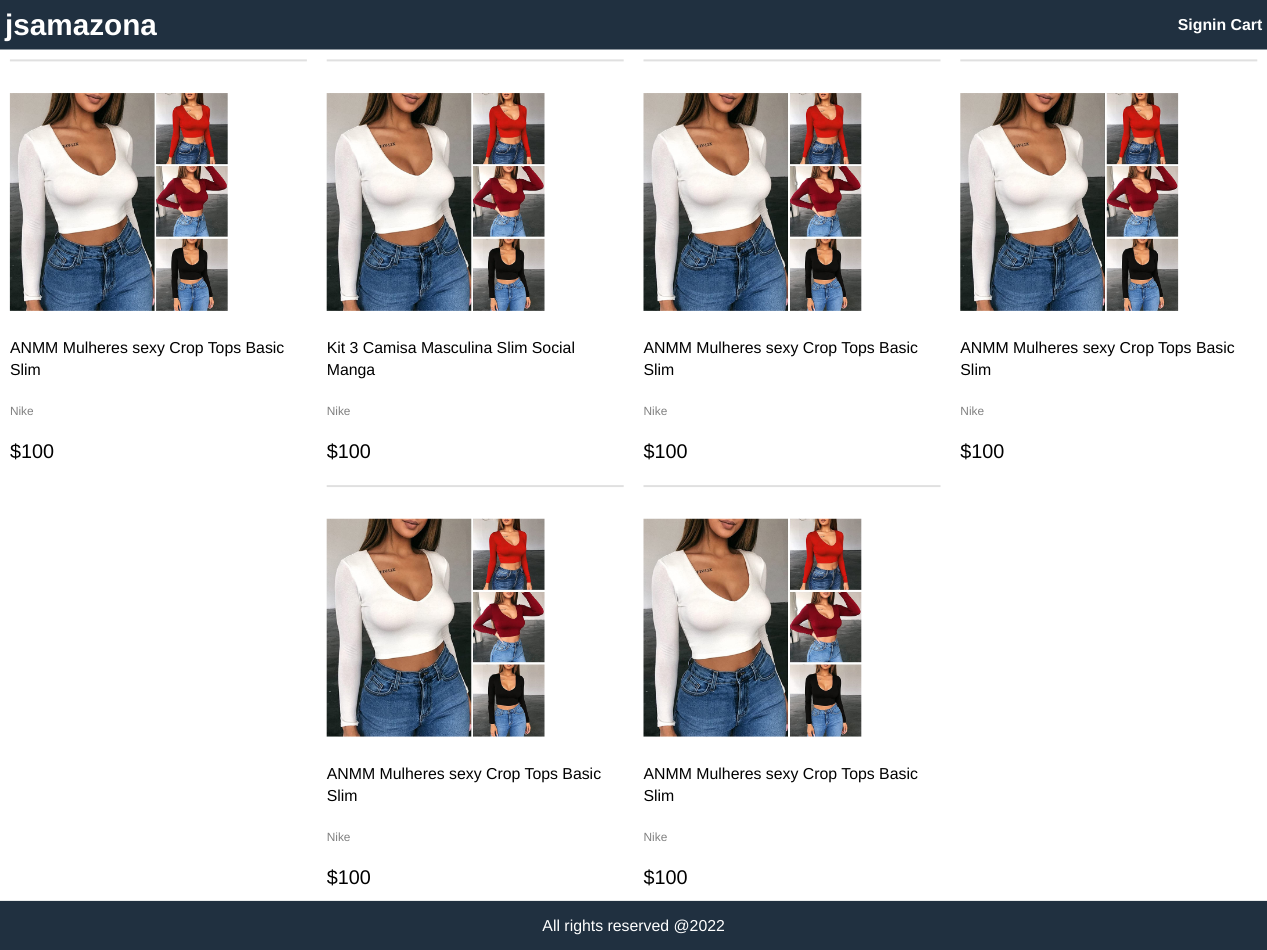
Repository: Mardoqueu/ecommerce-website
Page: jsamazona/frontend/src/index.html
An editor plug-in stored every save of this project. The page is shown before and after the next save, followed by the edit.
The browser window is 1280 px wide. The pictures show the whole page, at 99% of full size.

Above is the page before, as saved 2022-09-12 10:31:03.

### jsamazona/frontend/src/index.html
<!DOCTYPE html>
<html lang="en">
  <head>
    <meta charset="UTF-8" />
    <meta http-equiv="X-UA-Compatible" content="IE=edge" />
    <meta name="viewport" content="width=device-width, initial-scale=1.0" />
    <link rel="stylesheet" href="style.css" />
    <title>JS Amazona</title>
  </head>
  <body>
    <div class="grid-container">
      <header>
        <div class="brand">
          <a href="/#/">jsamazona</a>
        </div>
        <div>
          <a href="/#/signin">Signin</a>
          <a href="/#/cart">Cart</a>
        </div>
      </header>
      <main>
        <div>
          <ul class="products">
            <li>
              <div class="product">
                <a href="/#/products/1">
                  <img src="images/product-1.jpg" alt="product 1" />
                </a>
                <div class="product-name">
                  <a href="/#/products/1">
                    ANMM Mulheres sexy Crop Tops Basic Slim
                  </a>
                </div>
                <div class="product-brand">Nike</div>
                <div class="product-price">$100</div>
              </div>
            </li>
            <li>
              <div class="product">
                <a href="/#/products/1">
                  <img src="images/product-1.jpg" alt="product 1" />
                </a>
                <div class="product-name">
                  <a href="/#/products/1">
                    Kit 3 Camisa Masculina Slim Social Manga
                  </a>
                </div>
                <div class="product-brand">Nike</div>
                <div class="product-price">$100</div>
              </div>
            </li>
            <li>
              <div class="product">
                <a href="/#/products/1">
                  <img src="images/product-1.jpg" alt="product 1" />
                </a>
                <div class="product-name">
                  <a href="/#/products/1">
                    ANMM Mulheres sexy Crop Tops Basic Slim
                  </a>
                </div>
                <div class="product-brand">Nike</div>
                <div class="product-price">$100</div>
              </div>
            </li>
            <li>
              <div class="product">
                <a href="/#/products/1">
                  <img src="images/product-1.jpg" alt="product 1" />
                </a>
                <div class="product-name">
                  <a href="/#/products/1">
                    ANMM Mulheres sexy Crop Tops Basic Slim
                  </a>
                </div>
                <div class="product-brand">Nike</div>
                <div class="product-price">$100</div>
              </div>
            </li>
            <li>
              <div class="product">
                <a href="/#/products/1">
                  <img src="images/product-1.jpg" alt="product 1" />
                </a>
                <div class="product-name">
                  <a href="/#/products/1">
                    ANMM Mulheres sexy Crop Tops Basic Slim
                  </a>
                </div>
                <div class="product-brand">Nike</div>
                <div class="product-price">$100</div>
              </div>
            </li>
            <li>
              <div class="product">
                <a href="/#/products/1">
                  <img src="images/product-1.jpg" alt="product 1" />
                </a>
                <div class="product-name">
                  <a href="/#/products/1">
                    ANMM Mulheres sexy Crop Tops Basic Slim
                  </a>
                </div>
                <div class="product-brand">Nike</div>
                <div class="product-price">$100</div>
              </div>
            </li>
          </ul>
        </div>
      </main>
      <footer>All rights reserved @2022</footer>
    </div>
  </body>
</html>

### jsamazona/frontend/src/style.css
* {
    box-sizing: border-box;
  }
  html {
    font-size: 62.5%; /* 16px * 62.5 = 10px = 1rem */
  }
  body {
    height: 100vh;
    font: 1.6rem Helvetica, Arial;
    margin: 0;
  }

  a {
    color: #000000;
    text-decoration: none;
  }
  a:hover {
    color: #f08040;
  }

  .grid-container {
    display: grid;
    grid-template-areas:
      'header'
      'main'
      'footer';
    grid-template-columns: 1fr;
    grid-template-rows: 5rem 1fr 5rem;
    height: 100%;
  }

  header {
    grid-area: header;
    background-color: #203040;
    color: #ffffff;
    display: flex;
    justify-content: space-between;
    align-items: center;
    padding: 0.5rem;
  }
  header a {
    color: #ffffff;
    font-weight: bold;
    text-decoration: none;
  }
  header a:hover {
    color: #f08040;
  }

  .brand a {
    font-size: 3rem;
  }

  footer {
    background-color: #203040;
    display: flex;
    justify-content: center;
    align-items: center;
    color: #ffffff;
  }

/* Products */
.products {
    display: flex;
    flex-wrap: wrap;
    list-style-type: none;
    padding: 0;
    margin: 0;
    justify-content: center;
  }

  .products li {
    flex: 0 1 30rem;
    margin: 1rem;
    margin-bottom: 0;
    height: 42rem;
    border-top: 0.2rem #e0e0e0 solid;
  }

  .product {
    display: flex;
    flex-direction: column;
    justify-content: space-around;
    height: 100%;
  }

  .product img {
    max-height: 26rem;
    max-width: 22rem;
    margin-top: 2rem;
  }

  .product-name {
    line-height: 2.2rem;
  }

  .product-brand {
    font-size: 1.2rem;
    color: #808080;
  }

  .product-price {
    font-size: 2rem;
  }
  .product-price span {
    font-size: 1.2rem;
  }

After the next save:
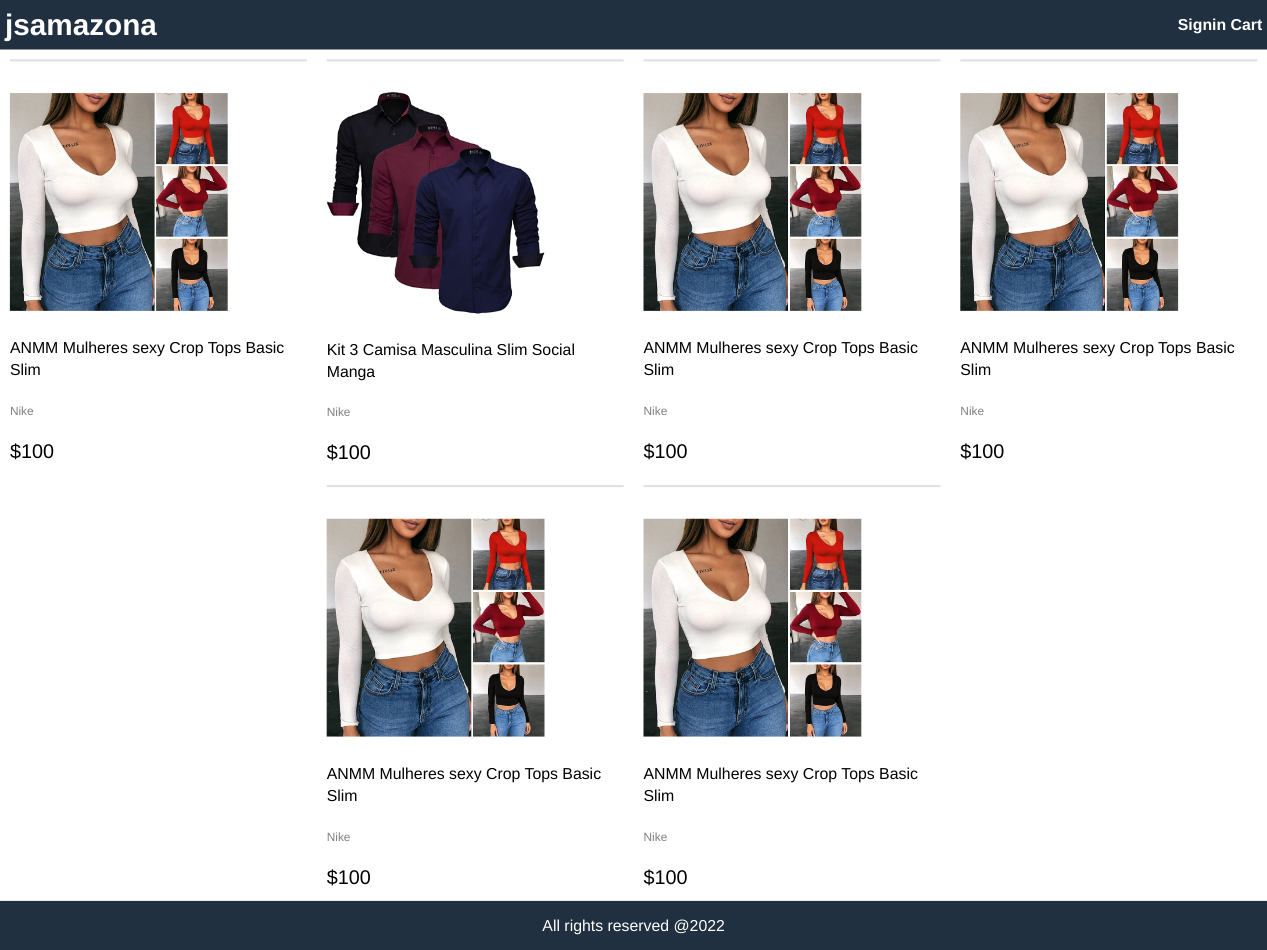
Saved 16 s later.
--- a/jsamazona/frontend/src/index.html
+++ b/jsamazona/frontend/src/index.html
@@ -38,7 +38,7 @@
             <li>
               <div class="product">
                 <a href="/#/products/1">
-                  <img src="images/product-1.jpg" alt="product 1" />
+                  <img src="images/product-2.jpg" alt="product 1" />
                 </a>
                 <div class="product-name">
                   <a href="/#/products/1">
